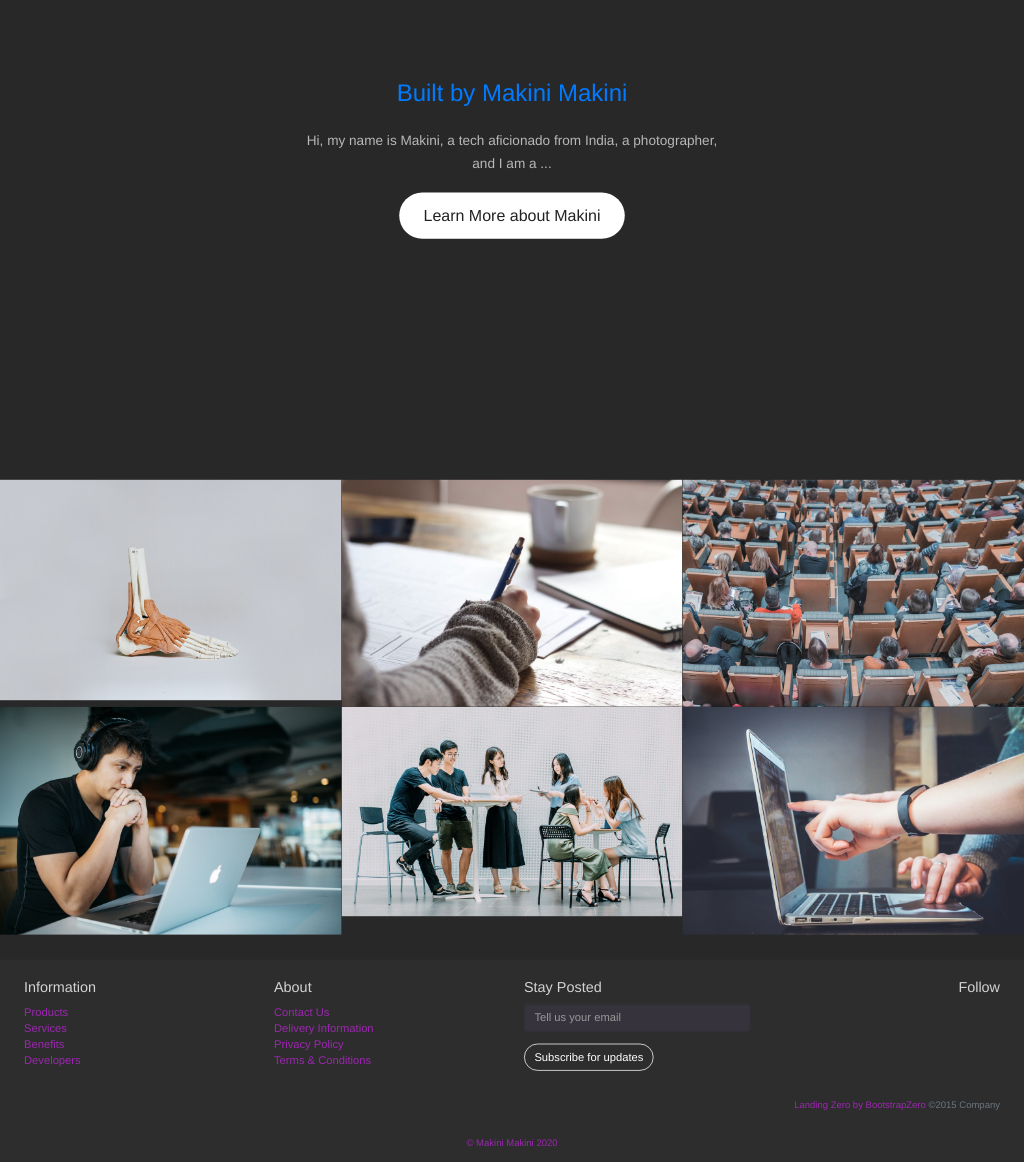
Repository: MakiniMakini/AMSUN-NOTES
Page: http://localhost/
An editor plug-in stored every save of this project. The page is shown before and after the next save, followed by the edit.
The browser window is 1280 px wide. The pictures show the part of the page from y = 807 to 2260 px (the page is 2260 px tall), at 80% of full size.
Some web fonts or font styles are not loaded; a fallback is used. The page is served by the project's application, run on Flask 3 (application.py).

Above is the page before, as saved 2020-12-19 21:24:35.

After the next save:
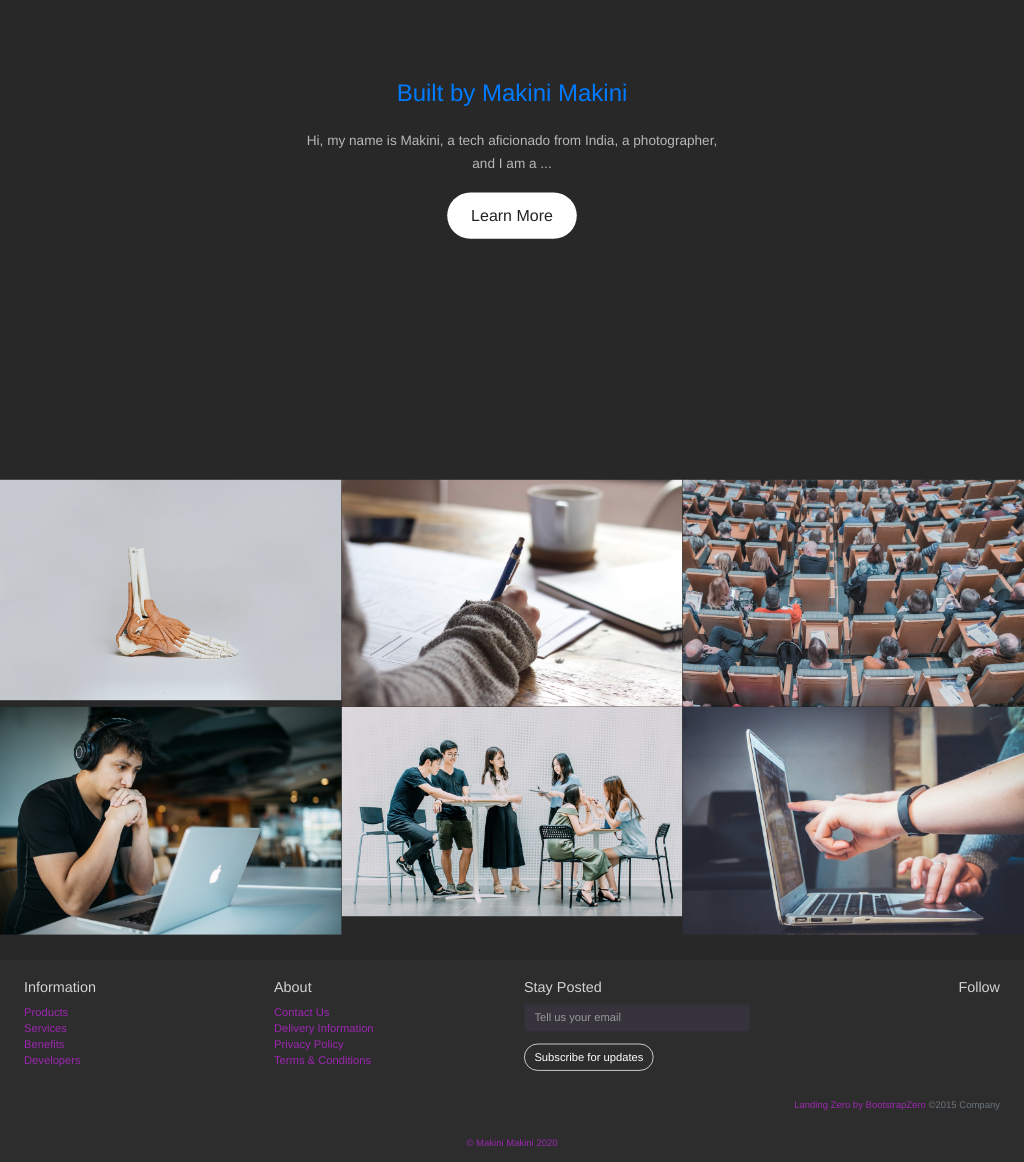
Saved 36 s later.
--- a/templates/home.html
+++ b/templates/home.html
@@ -29,7 +29,7 @@
                 <p class="text-faded">
                     Hi, my name is Makini, a tech aficionado from India, a photographer, and I am a ...
                 </p>
-                <a href="https://makini-makini.herokuapp.com" class="btn btn-default btn-xl page-scroll">Learn More about Makini</a>
+                <a href="https://makini-makini.herokuapp.com" class="btn btn-default btn-xl page-scroll">Learn More </a>
             </div>
         </div>
     </div>
